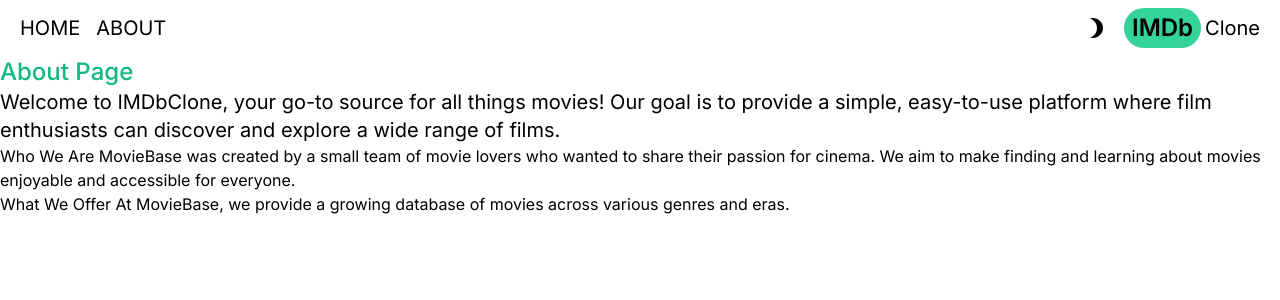
Repository: Tan28-art/Next-JS-Movie-Site
Page: /about (app in starter/)
These files come from the project's save history. The page is drawn as it stood at one moment and after the next save; the edit follows.
The browser window is 1280 px wide. The pictures show the whole page.
The project was rebuilt for these pictures with package versions that can differ from the ones it lists, and the page was loaded fresh each time. The framework's server and built-in components were replaced by stand-ins that run in the browser. Also part of the build but not shown: starter/next.config.mjs.

Above is the page before, as saved 2024-07-23 17:46:45.

### starter/app/layout.tsx
import type { Metadata } from "next";
import { Inter } from "next/font/google";
import "./globals.css";
import Header from "@/components/Header";
import MenuItem from "@/components/MenuItem";
import Providers from "./Providers";


const inter = Inter({ subsets: ["latin"] });

export const metadata: Metadata = {
  title: "Movie App",
  description: "Movie Search App",
};

export default function RootLayout({
  children,
}: Readonly<{
  children: React.ReactNode;
}>) {
  return (
    <html lang="en">
      <body className={inter.className}>
        <Providers>
          <Header />
          {children}
        </Providers>
      </body>
    </html>
  );
}

### starter/app/about/page.tsx
import React from "react";

export default function page() {
  return (
    <div>
      <h1 className="text-2xl font-medium text-emerald-500">About Page</h1>
      <p className="text-xl">
        Welcome to IMDbClone, your go-to source for all things movies! Our goal
        is to provide a simple, easy-to-use platform where film enthusiasts can
        discover and explore a wide range of films.
      </p>
      <p>
        Who We Are MovieBase was created by a small team of movie lovers who
        wanted to share their passion for cinema. We aim to make finding and
        learning about movies enjoyable and accessible for everyone.
      </p>
      <p>
        What We Offer At MovieBase, we provide a growing database of movies
        across various genres and eras.
      </p>
    </div>
  );
}

### starter/components/Header.tsx
import React from "react";
import MenuItem from "./MenuItem";
import { TiHome } from "react-icons/ti";
import { TiInfoLarge } from "react-icons/ti";
import Link from "next/link";
import DarkModeSwitch from "./DarkModeSwitch";

export default function Header() {
  return (
    <div className="flex justify-between items-center p-2 px-5 mx-auto">
      <div className="flex gap-4">
        <MenuItem title="Home" Icon={TiHome} address="/" />
        <MenuItem title="About" Icon={TiInfoLarge} address="/about" />
      </div>

      {/* right side of header */}
      <div className="flex items-center gap-4">
        <div className="text-2xl">
          <DarkModeSwitch />
        </div>
        <Link href="/" className="flex gap-1 items-center">
          <span className="text-2xl font-semibold bg-emerald-400 py-1 px-2 rounded-3xl">
            IMDb
          </span>
          <span className="text-xl hidden sm:inline">Clone</span>
        </Link>
      </div>
    </div>
  );
}

### starter/app/Providers.tsx
"use client";
import React from "react";
import { ThemeProvider } from "next-themes";

export default function Providers({ children }: { children: React.ReactNode }) {
    return (
      <ThemeProvider defaultTheme="system" attribute="class">
        <div>{children}</div>
      </ThemeProvider>
    );
  }

### starter/components/MenuItem.tsx
import Link from 'next/link';
import React from 'react'

interface MenuItemProps {
    title: string;
    Icon: any;
    address: string;
  }


export default function MenuItem({ title, Icon, address }: MenuItemProps) {

  if (!address) {
    console.error(`MenuItem component expects a valid 'address' prop, but got '${address}'`);
    return null;
  }

  return (
    <Link href={address} className = 'hover:text-emerald-500'>
      <Icon className = 'text-3xl sm:hidden' />
      <p className = 'uppercase hidden sm:inline text-xl'>{title}</p>
    </Link>
  )
}

### starter/components/DarkModeSwitch.tsx
"use client";

import { MdBrightness3, MdBrightness5 } from "react-icons/md"; // dark mode icon
import { useTheme } from "next-themes";
import React, { useEffect } from "react";

// Wrapper component to add className and onClick support
const IconWithProps = ({ IconComponent, className, onClick }: { IconComponent: any; className: string; onClick?: () => void }) => {
  return <IconComponent className={className} onClick={onClick} />;
};

export default function DarkModeSwitch() {
  const { theme, setTheme, systemTheme } = useTheme();
  const currentTheme = theme === "system" ? systemTheme : theme;
  const [mounted, setMounted] = React.useState(false);
  useEffect(() => setMounted(true), []);

  const handleToggleTheme = () => {
    setTheme(currentTheme === "dark" ? "light" : "dark");
  };

  return (
    <div>
      {mounted && (currentTheme === "dark" ? (
        <IconWithProps IconComponent={MdBrightness5} className="cursor-pointer hover:text-emerald-500" onClick={handleToggleTheme} />
      ) : (
        <IconWithProps IconComponent={MdBrightness3} className="cursor-pointer hover:text-emerald-500" onClick={handleToggleTheme} />
      ))}
    </div>
  );
}

Loaded but not shown: starter/app/globals.css (common file); starter/tailwind.config.ts (common file)

After the next save:
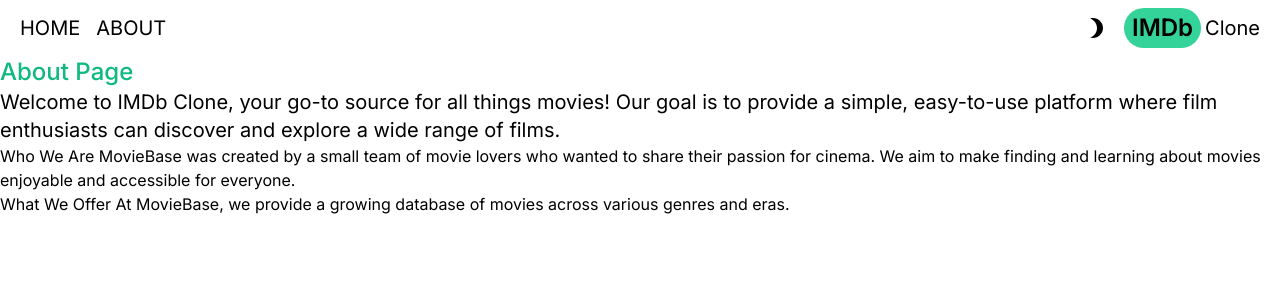
Saved 5 s later.
--- a/starter/app/about/page.tsx
+++ b/starter/app/about/page.tsx
@@ -5,7 +5,7 @@
     <div>
       <h1 className="text-2xl font-medium text-emerald-500">About Page</h1>
       <p className="text-xl">
-        Welcome to IMDbClone, your go-to source for all things movies! Our goal
+        Welcome to IMDb Clone, your go-to source for all things movies! Our goal
         is to provide a simple, easy-to-use platform where film enthusiasts can
         discover and explore a wide range of films.
       </p>
